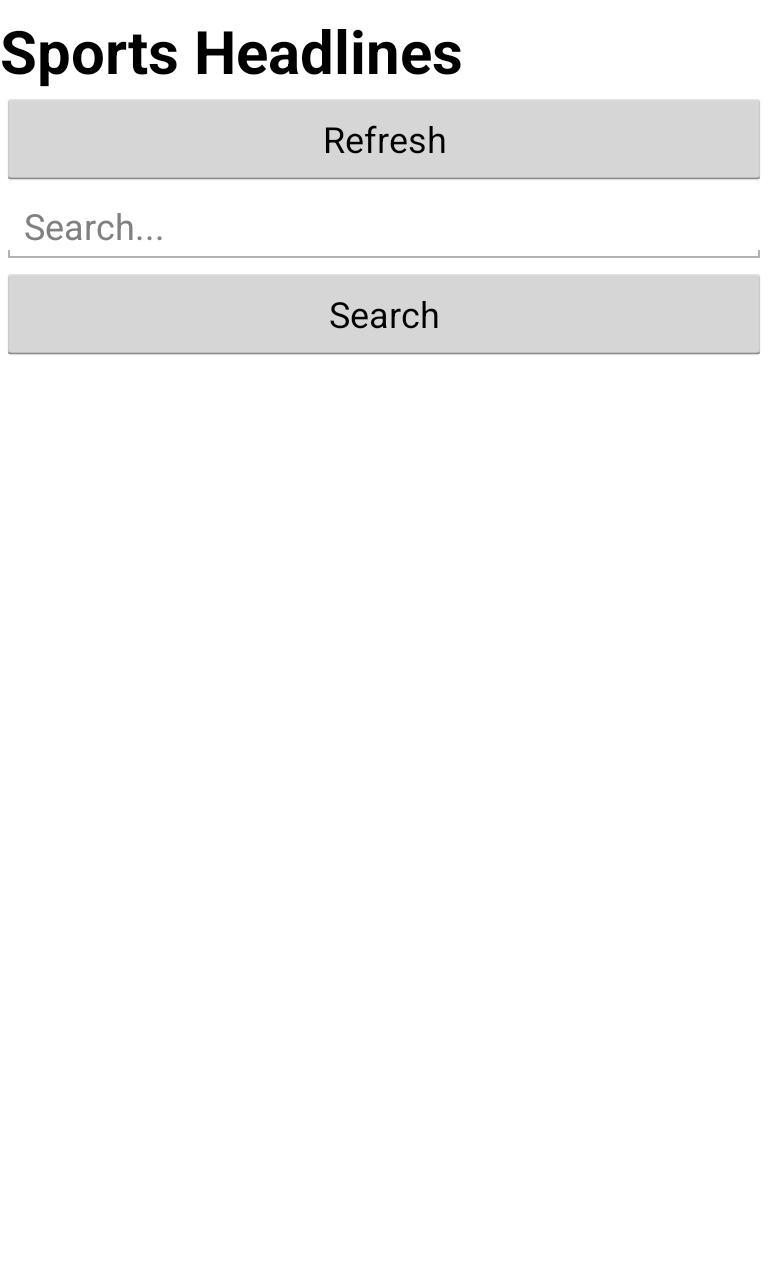
Repository: jbentley313/java2_Bentley2
Layout: sportsHeadlines/res/layout/activity_main.xml
These files come from the project's save history. The layout is drawn as it stood at one moment and after the next save; the edit follows.
It is drawn on a 768 x 1280 px phone screen (xhdpi) without system bars, with theme AppTheme; the app's code is not run. Lists and similar views that code fills are empty.

Above is the layout before, as saved 2014-01-16 02:28:49.

### sportsHeadlines/res/layout/activity_main.xml
<LinearLayout xmlns:android="http://schemas.android.com/apk/res/android"
    xmlns:tools="http://schemas.android.com/tools"
    android:layout_width="fill_parent"
    android:layout_height="wrap_content"
    android:orientation="vertical" >

    <TextView
        android:id="@+id/titleTextView"
        style="@style/TitleStyle"
        android:layout_width="match_parent"
        android:layout_height="wrap_content"
        android:text="@string/sports_headlines" />


    <Button
        android:id="@+id/firstButton"
        android:layout_width="fill_parent"
        android:layout_height="wrap_content"
        android:text="@string/refresh" />

    <EditText
        android:id="@+id/searchTxt"
        android:layout_width="fill_parent"
        android:layout_height="wrap_content"
        android:hint="Search..."
        />

     <Button
        android:id="@+id/searchButton"
        android:layout_width="fill_parent"
        android:layout_height="wrap_content"
        android:text="@string/search" />

    <TextView
        android:id="@+id/resultTextView"
        android:layout_width="match_parent"
        android:layout_height="wrap_content" />

    <ListView
        android:id="@+id/list"
        android:layout_width="match_parent"
        android:layout_height="wrap_content"
        android:divider="#ffffff" />


</LinearLayout>

### sportsHeadlines/res/values/styles.xml
<resources xmlns:android="http://schemas.android.com/apk/res/android">

    <!--
        Base application theme, dependent on API level. This theme is replaced
        by AppBaseTheme from res/values-vXX/styles.xml on newer devices.
    -->
    <style name="AppBaseTheme" parent="android:Theme.Light">
        <!--
            Theme customizations available in newer API levels can go in
            res/values-vXX/styles.xml, while customizations related to
            backward-compatibility can go here.
        -->
    </style>

    <!-- Application theme. -->
    <style name="AppTheme" parent="AppBaseTheme">
        <!-- All customizations that are NOT specific to a particular API-level can go here. -->
    </style>

    <style name="TitleStyle">
        <item name="android:textStyle">bold</item>
        <item name="android:textColor">@android:color/black</item>
        <item name="android:textSize">30sp</item>
        <item name="android:paddingTop">5dp</item>
    </style>

    <style name="HLTitleStyle">
        <item name="android:textStyle">bold</item>
        <item name="android:textColor">@android:color/black</item>
        <item name="android:textSize">20sp</item>
        <item name="android:paddingTop">5dp</item>
    </style>

</resources>

### sportsHeadlines/res/values/strings.xml
<?xml version="1.0" encoding="utf-8"?>
<resources>

    <string name="app_name">sportsHeadlines</string>
    <string name="action_settings">Settings</string>
    <string name="hello_world">Hello world!</string>
    <string name="sports_headlines">Sports Headlines</string>
    <string name="headline">Headline</string>
    <string name="last_modified">Last Modified</string>
    <string name="refresh">Refresh</string>
    <string name="title_activity_headline_display">HeadlineDisplay</string>
    <string name="title_activity_display_headlines">DisplayHeadlines</string>
    <string name="title_activity_headline">HeadlineActivity</string>
    <string name="more_about_this_on_espn">more about this on ESPN</string>
    <string name="search">Search</string>

</resources>

Loaded but not shown: sportsHeadlines/res/values-v11/styles.xml (common file); sportsHeadlines/res/values-v14/styles.xml (common file)

After the next save:
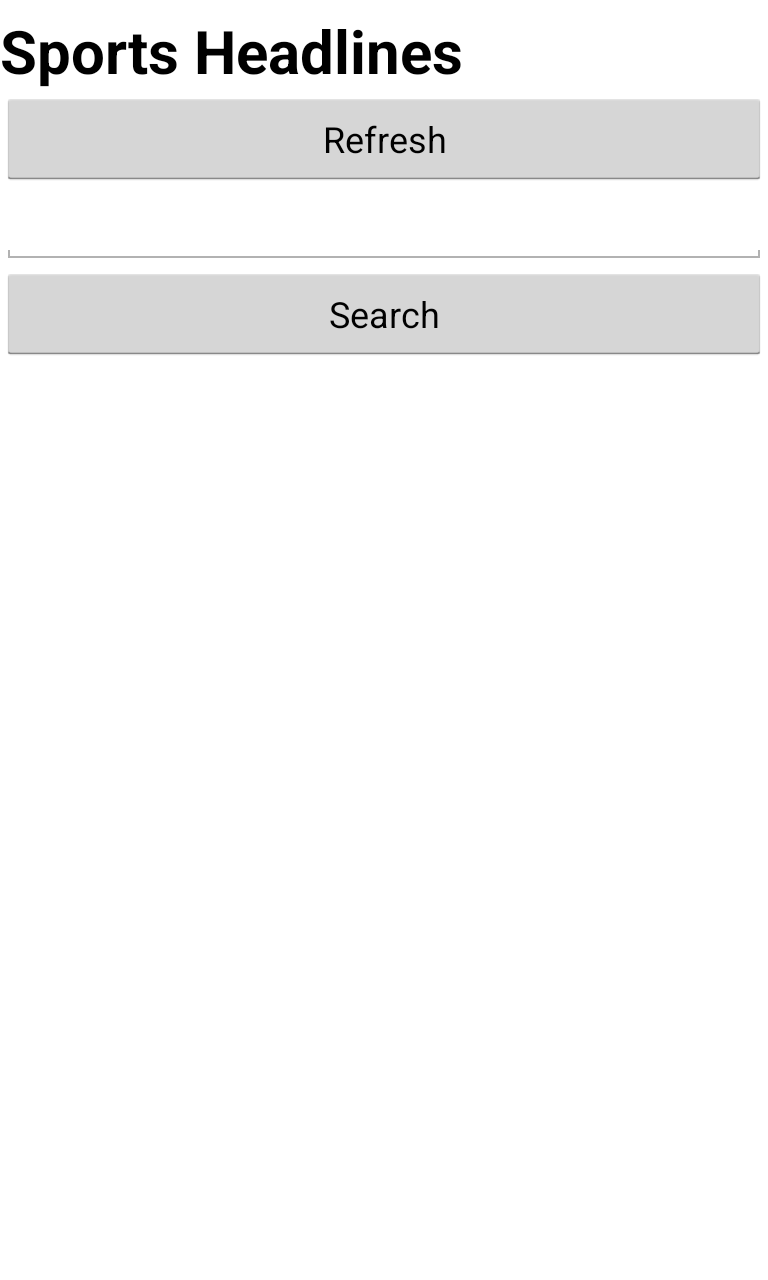
Saved 33 s later.
--- a/sportsHeadlines/res/layout/activity_main.xml
+++ b/sportsHeadlines/res/layout/activity_main.xml
@@ -22,7 +22,7 @@
         android:id="@+id/searchTxt"
         android:layout_width="fill_parent"
         android:layout_height="wrap_content"
-        android:hint="Search..."
+
         />
 
      <Button
